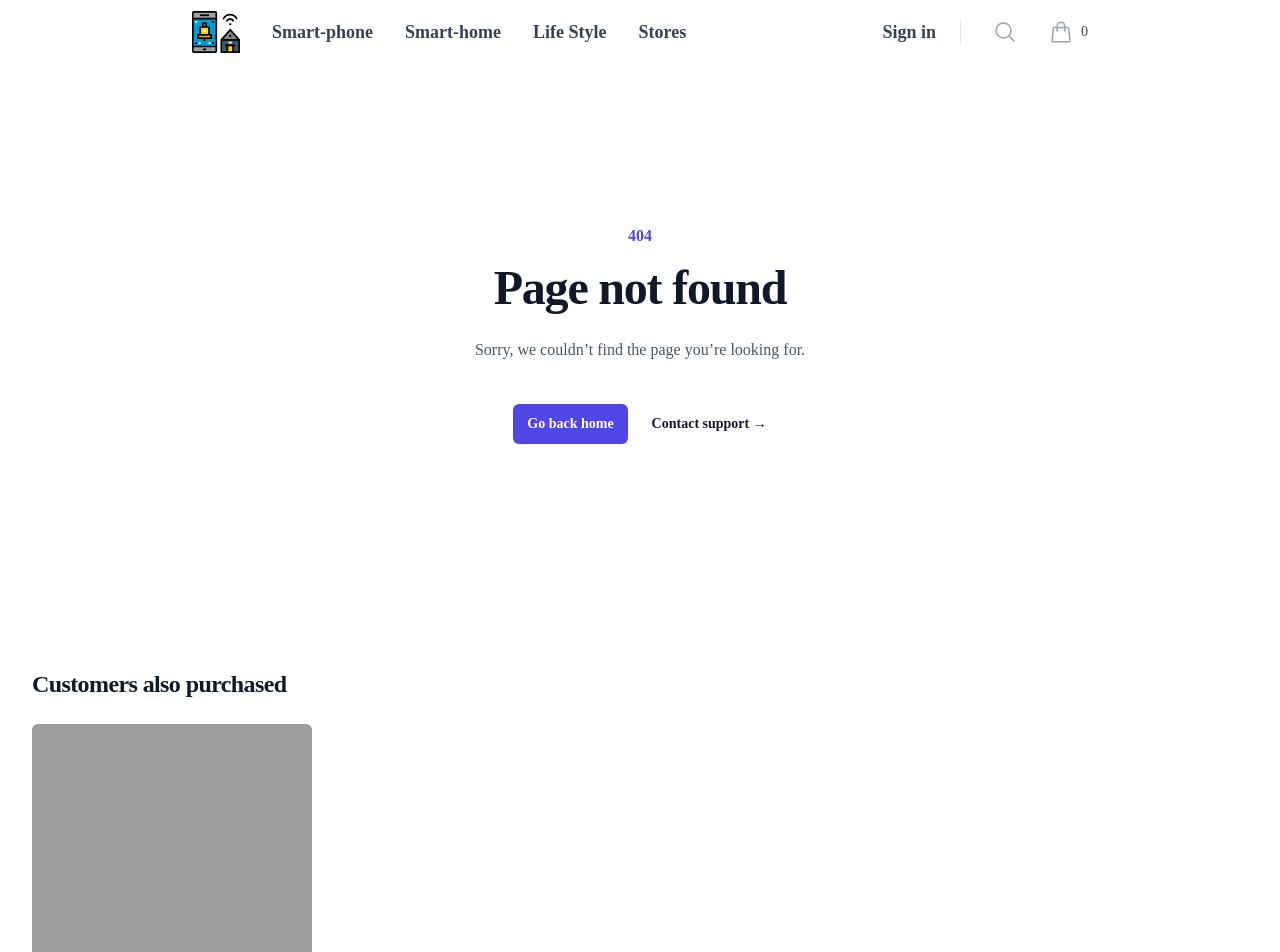
Repository: Gunplay/Smart-Home
Page: /
The author's editor kept a copy of each file at every save. The page is drawn from the files as they stood at one save, then again after the next save.
The browser window is 1280 px wide. The pictures show the part of the page from y = 0 to 952 px (the page is 1816 px tall before and 1888 px after).
Pictures or frames that could not be fetched are drawn as grey boxes. The project was rebuilt for these pictures with package versions that can differ from the ones it lists, and the page was loaded fresh each time. Also part of the build but not shown: vite.config.js, vite.config.ts.

Above is the page before, as saved 2024-06-25 12:57:26.

### index.html
<!doctype html>
<html lang="en">

<head>
  <meta charset="UTF-8" />
  <link rel="icon" type="image/svg+xml" href="./src/assets/smart-home-svgrepo-com.svg" />
  <meta name="viewport" content="width=device-width, initial-scale=1.0" />
  <title>Smart-Home</title>
  <link real='stylesheet' href='src/style.css'>
</head>

<body>
  <div id="root"></div>

  <script type="module" src="/src/main.tsx"></script>
</body>

</html>

### src/main.tsx
import React from 'react';
import ReactDOM from 'react-dom/client';
import { BrowserRouter as Router } from 'react-router-dom';
import App from './App.tsx';
import './css/style.css';

ReactDOM.createRoot(document.getElementById('root')!).render(
	<React.StrictMode>
		<Router>
			<App />
		</Router>
	</React.StrictMode>
);

### src/App.tsx
// import { useState } from 'react';

// import reactLogo from './assets/react.svg';
// import viteLogo from '/vite.svg';
import AboutUs from './components/AboutUs';
import Carousel from './components/Carousel';
import Header from './components/Header';
import PageNotFound from './components/Page404';
import ProductsList from './components/ProductsList';

function App() {
	return (
		<>
			<div className='mr-[3.75rem] pt-[4.75rem] lg:pt-[5.25rem] overflow-hidden'>
				<Header />
				<Carousel />
			</div>
			<PageNotFound />

			<ProductsList />
			<AboutUs />
		</>
	);
}

export default App;

### src/components/AboutUs/index.tsx
const links = [
	{ name: 'Open roles', href: '#' },
	{ name: 'Internship program', href: '#' },
	{ name: 'Our values', href: '#' },
	{ name: 'Meet our leadership', href: '#' },
];
const stats = [
	{ name: 'Offices worldwide', value: '12' },
	{ name: 'Full-time colleagues', value: '300+' },
	{ name: 'Hours per week', value: '40' },
	{ name: 'Paid time off', value: 'Unlimited' },
];

export default function AboutUs() {
	return (
		<div className='relative isolate overflow-hidden bg-gray-900 py-24 sm:py-32'>
			<img
				src='https://images.unsplash.com/photo-1521737604893-d14cc237f11d?ixlib=rb-4.0.3&ixid=MnwxMjA3fDB8MHxwaG90by1wYWdlfHx8fGVufDB8fHx8&auto=format&fit=crop&crop=focalpoint&fp-y=.8&w=2830&h=1500&q=80&blend=111827&sat=-100&exp=15&blend-mode=multiply'
				alt=''
				className='absolute inset-0 -z-10 h-full w-full object-cover object-right md:object-center'
			/>
			<div
				className='hidden sm:absolute sm:-top-10 sm:right-1/2 sm:-z-10 sm:mr-10 sm:block sm:transform-gpu sm:blur-3xl'
				aria-hidden='true'
			>
				<div
					className='aspect-[1097/845] w-[68.5625rem] bg-gradient-to-tr from-[#ff4694] to-[#776fff] opacity-20'
					style={{
						clipPath:
							'polygon(74.1% 44.1%, 100% 61.6%, 97.5% 26.9%, 85.5% 0.1%, 80.7% 2%, 72.5% 32.5%, 60.2% 62.4%, 52.4% 68.1%, 47.5% 58.3%, 45.2% 34.5%, 27.5% 76.7%, 0.1% 64.9%, 17.9% 100%, 27.6% 76.8%, 76.1% 97.7%, 74.1% 44.1%)',
					}}
				/>
			</div>
			<div
				className='absolute -top-52 left-1/2 -z-10 -translate-x-1/2 transform-gpu blur-3xl sm:top-[-28rem] sm:ml-16 sm:translate-x-0 sm:transform-gpu'
				aria-hidden='true'
			>
				<div
					className='aspect-[1097/845] w-[68.5625rem] bg-gradient-to-tr from-[#ff4694] to-[#776fff] opacity-20'
					style={{
						clipPath:
							'polygon(74.1% 44.1%, 100% 61.6%, 97.5% 26.9%, 85.5% 0.1%, 80.7% 2%, 72.5% 32.5%, 60.2% 62.4%, 52.4% 68.1%, 47.5% 58.3%, 45.2% 34.5%, 27.5% 76.7%, 0.1% 64.9%, 17.9% 100%, 27.6% 76.8%, 76.1% 97.7%, 74.1% 44.1%)',
					}}
				/>
			</div>
			<div className='mx-auto max-w-7xl px-6 lg:px-8'>
				<div className='mx-auto max-w-2xl lg:mx-0'>
					<h2 className='text-4xl font-bold tracking-tight text-white sm:text-6xl'>
						Work with us
					</h2>
					<p className='mt-6 text-lg leading-8 text-gray-300'>
						Anim aute id magna aliqua ad ad non deserunt sunt. Qui irure qui
						lorem cupidatat commodo. Elit sunt amet fugiat veniam occaecat
						fugiat aliqua.
					</p>
				</div>
				<div className='mx-auto mt-10 max-w-2xl lg:mx-0 lg:max-w-none'>
					<div className='grid grid-cols-1 gap-x-8 gap-y-6 text-base font-semibold leading-7 text-white sm:grid-cols-2 md:flex lg:gap-x-10'>
						{links.map(link => (
							<a key={link.name} href={link.href}>
								{link.name} <span aria-hidden='true'>&rarr;</span>
							</a>
						))}
					</div>
					<dl className='mt-16 grid grid-cols-1 gap-8 sm:mt-20 sm:grid-cols-2 lg:grid-cols-4'>
						{stats.map(stat => (
							<div key={stat.name} className='flex flex-col-reverse'>
								<dt className='text-base leading-7 text-gray-300'>
									{stat.name}
								</dt>
								<dd className='text-2xl font-bold leading-9 tracking-tight text-white'>
									{stat.value}
								</dd>
							</div>
						))}
					</dl>
				</div>
			</div>
		</div>
	);
}

### src/components/Carousel/index.tsx
import { SetStateAction, useState } from 'react';
import { BsChevronCompactLeft, BsChevronCompactRight } from 'react-icons/bs';
import { RxDotFilled } from 'react-icons/rx';
import slideOne from '/src/assets/slider-1.jpg';
import slideTwo from '/src/assets/slider-2.jpg';
import slideThree from '/src/assets/slider-3.jpg';
const slides = [
	{
		url: slideOne,
		id: 0,
	},
	{
		url: slideTwo,
		id: 1,
	},
	{
		url: slideThree,
		id: 2,
	},
];
const Carousel = () => {
	const [currentIndex, setCurrentIndex] = useState(0);

	const prevSlide = () => {
		const isFirstSlide = currentIndex === 0;
		const newIndex = isFirstSlide ? slides.length - 1 : currentIndex - 1;
		setCurrentIndex(newIndex);
	};

	const nextSlide = () => {
		const isLastSlide = currentIndex === slides.length - 1;
		const newIndex = isLastSlide ? 0 : currentIndex + 1;
		setCurrentIndex(newIndex);
	};

	const goToSlide = (slideIndex: SetStateAction<number>) => {
		console.log(slideIndex);
		setCurrentIndex(slideIndex);
	};
	return (
		<div className='h-[780px] w-full m-auto py-4 relative group'>
			<div
				style={{ backgroundImage: `url(${slides[currentIndex].url})` }}
				className='w-full h-full bg-center bg-cover duration-500'
			></div>
			<div className='hidden group-hover:block absolute top-[50%] -translate-x-0 translate-y-[-50%] left-5 text-2xl rounded-full p-2 bg-black/20 text-white cursor-pointer'>
				<BsChevronCompactLeft size={30} onClick={prevSlide} />
			</div>
			<div className='hidden group-hover:block absolute top-[50%] translate-y-[-50%] right-5 text-2xl rounded-full p-2 bg-black/20 text-white cursor-pointer'>
				<BsChevronCompactRight size={30} onClick={nextSlide} />
			</div>
			<div className='flex bottom-4 justify-center text-justify py-2 absolute'>
				{slides.map((slide, slideIndex) => (
					<div key={slideIndex} className='text-2xl cursor-pointer'>
						<div className='dot-container flex justify-center items-center'>
							{' '}
							{/* Added a new div */}
							<RxDotFilled />
						</div>
					</div>
				))}
			</div>
		</div>
	);
};

export default Carousel;

### src/components/Page404/index.tsx
export default function PageNotFound() {
	return (
		<>
			{/*
        This example requires updating your template:

        ```
        <html class="h-full">
        <body class="h-full">
        ```
      */}
			<main className='grid min-h-full place-items-center bg-white px-6 py-24 sm:py-32 lg:px-8'>
				<div className='text-center'>
					<p className='text-base font-semibold text-indigo-600'>404</p>
					<h1 className='mt-4 text-3xl font-bold tracking-tight text-gray-900 sm:text-5xl'>
						Page not found
					</h1>
					<p className='mt-6 text-base leading-7 text-gray-600'>
						Sorry, we couldn’t find the page you’re looking for.
					</p>
					<div className='mt-10 flex items-center justify-center gap-x-6'>
						<a
							href='#'
							className='rounded-md bg-indigo-600 px-3.5 py-2.5 text-sm font-semibold text-white shadow-sm hover:bg-indigo-500 focus-visible:outline focus-visible:outline-2 focus-visible:outline-offset-2 focus-visible:outline-indigo-600'
						>
							Go back home
						</a>
						<a href='#' className='text-sm font-semibold text-gray-900'>
							Contact support <span aria-hidden='true'>&rarr;</span>
						</a>
					</div>
				</div>
			</main>
		</>
	);
}

### src/components/ProductsList/index.tsx
/*
  This example requires some changes to your config:

  ```
  // tailwind.config.js
  module.exports = {
    // ...
    plugins: [
      // ...
      require('@tailwindcss/aspect-ratio'),
    ],
  }
  ```
*/
const products = [
	{
		id: 1,
		name: 'Basic Tee',
		href: '#',
		imageSrc:
			'https://tailwindui.com/img/ecommerce-images/product-page-01-related-product-01.jpg',
		imageAlt: "Front of men's Basic Tee in black.",
		price: '$35',
		color: 'Black',
	},
	// More products...
];

export default function ProductsList() {
	return (
		<div className='bg-white'>
			<div className='mx-auto max-w-2xl px-4 py-16 sm:px-6 sm:py-24 lg:max-w-7xl lg:px-8'>
				<h2 className='text-2xl font-bold tracking-tight text-gray-900'>
					Customers also purchased
				</h2>

				<div className='mt-6 grid grid-cols-1 gap-x-6 gap-y-10 sm:grid-cols-2 lg:grid-cols-4 xl:gap-x-8'>
					{products.map(product => (
						<div key={product.id} className='group relative'>
							<div className='aspect-h-1 aspect-w-1 w-full overflow-hidden rounded-md bg-gray-200 lg:aspect-none group-hover:opacity-75 lg:h-80'>
								<img
									src={product.imageSrc}
									alt={product.imageAlt}
									className='h-full w-full object-cover object-center lg:h-full lg:w-full'
								/>
							</div>
							<div className='mt-4 flex justify-between'>
								<div>
									<h3 className='text-sm text-gray-700'>
										<a href={product.href}>
											<span aria-hidden='true' className='absolute inset-0' />
											{product.name}
										</a>
									</h3>
									<p className='mt-1 text-sm text-gray-500'>{product.color}</p>
								</div>
								<p className='text-sm font-medium text-gray-900'>
									{product.price}
								</p>
							</div>
						</div>
					))}
				</div>
			</div>
		</div>
	);
}

Loaded but not shown: src/css/style.css (1876 lines, source omitted); src/components/Header/index.tsx (539 lines, source omitted)

After the next save:
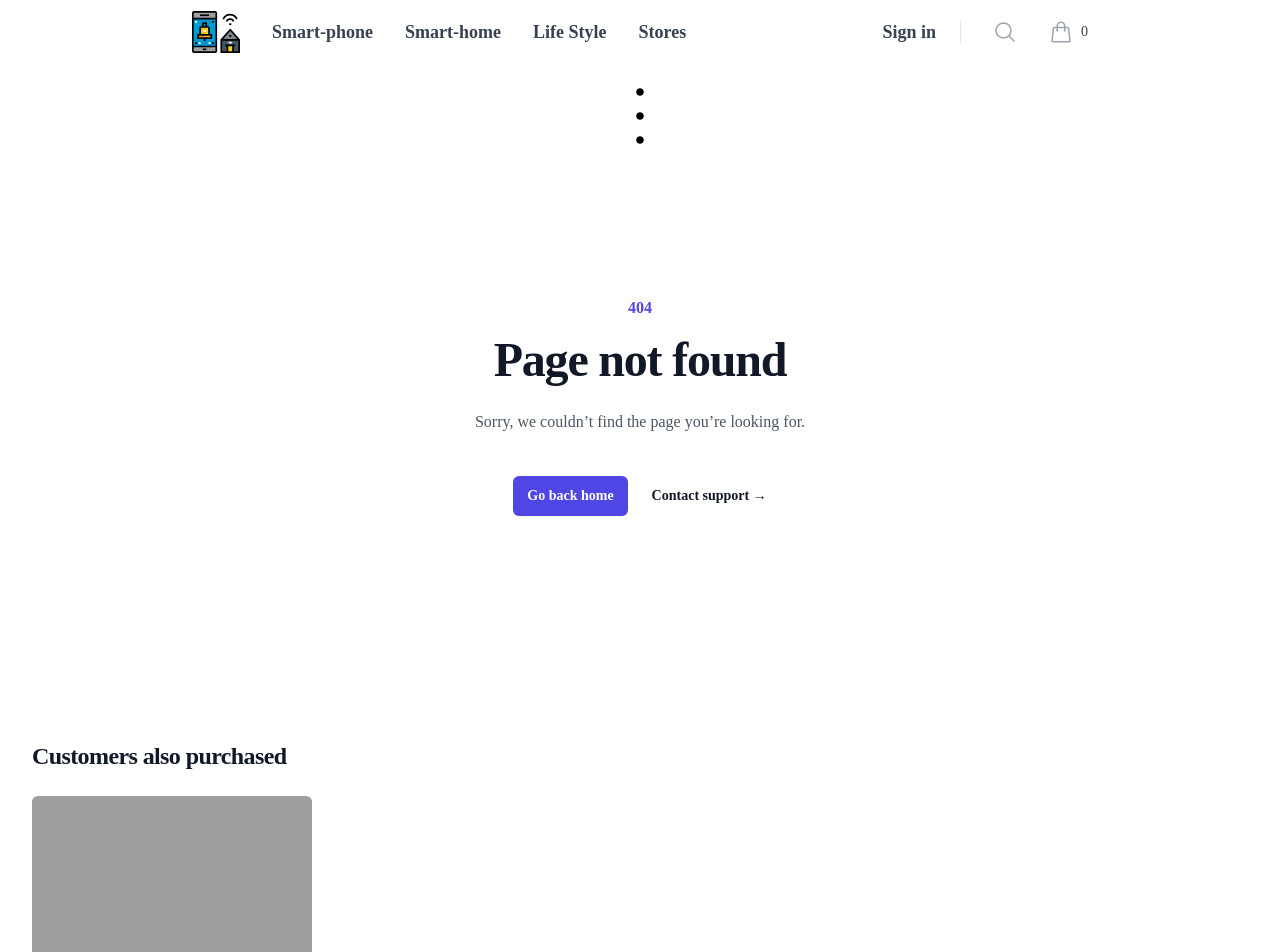
Saved 15 s later.
--- a/src/components/Carousel/index.tsx
+++ b/src/components/Carousel/index.tsx
@@ -49,7 +49,7 @@
 			<div className='hidden group-hover:block absolute top-[50%] translate-y-[-50%] right-5 text-2xl rounded-full p-2 bg-black/20 text-white cursor-pointer'>
 				<BsChevronCompactRight size={30} onClick={nextSlide} />
 			</div>
-			<div className='flex bottom-4 justify-center text-justify py-2 absolute'>
+			<div>
 				{slides.map((slide, slideIndex) => (
 					<div key={slideIndex} className='text-2xl cursor-pointer'>
 						<div className='dot-container flex justify-center items-center'>

After the save that followed:
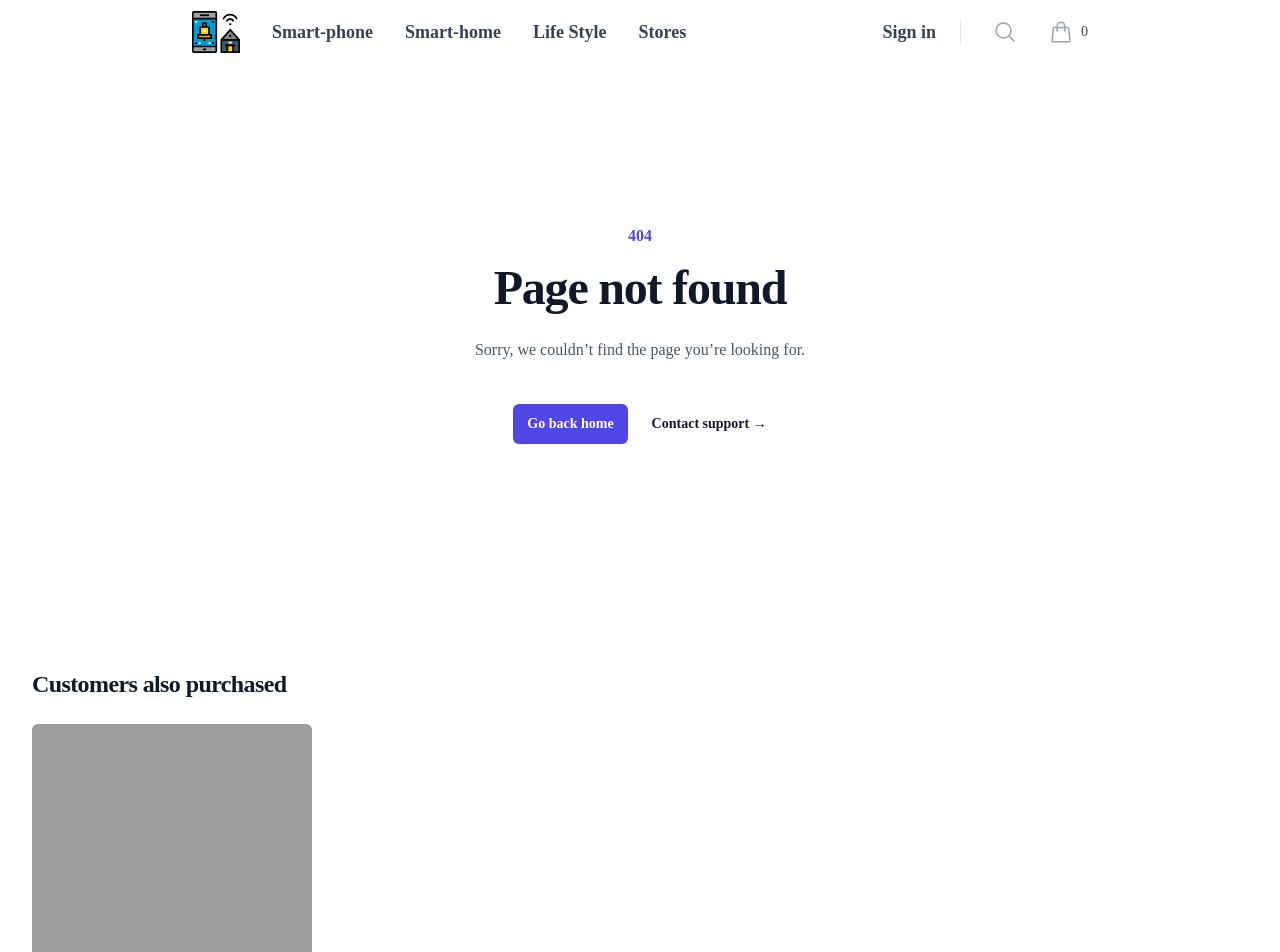
Saved 20 s later.
--- a/src/components/Carousel/index.tsx
+++ b/src/components/Carousel/index.tsx
@@ -49,14 +49,14 @@
 			<div className='hidden group-hover:block absolute top-[50%] translate-y-[-50%] right-5 text-2xl rounded-full p-2 bg-black/20 text-white cursor-pointer'>
 				<BsChevronCompactRight size={30} onClick={nextSlide} />
 			</div>
-			<div>
+			<div className='flex bottom-4 justify-center m-auto py-2 absolute'>
 				{slides.map((slide, slideIndex) => (
-					<div key={slideIndex} className='text-2xl cursor-pointer'>
-						<div className='dot-container flex justify-center items-center'>
-							{' '}
-							{/* Added a new div */}
-							<RxDotFilled />
-						</div>
+					<div
+						key={slideIndex}
+						className='text-2xl cursor-pointer'
+						onClick={() => goToSlide(slideIndex)}
+					>
+						<RxDotFilled />
 					</div>
 				))}
 			</div>
